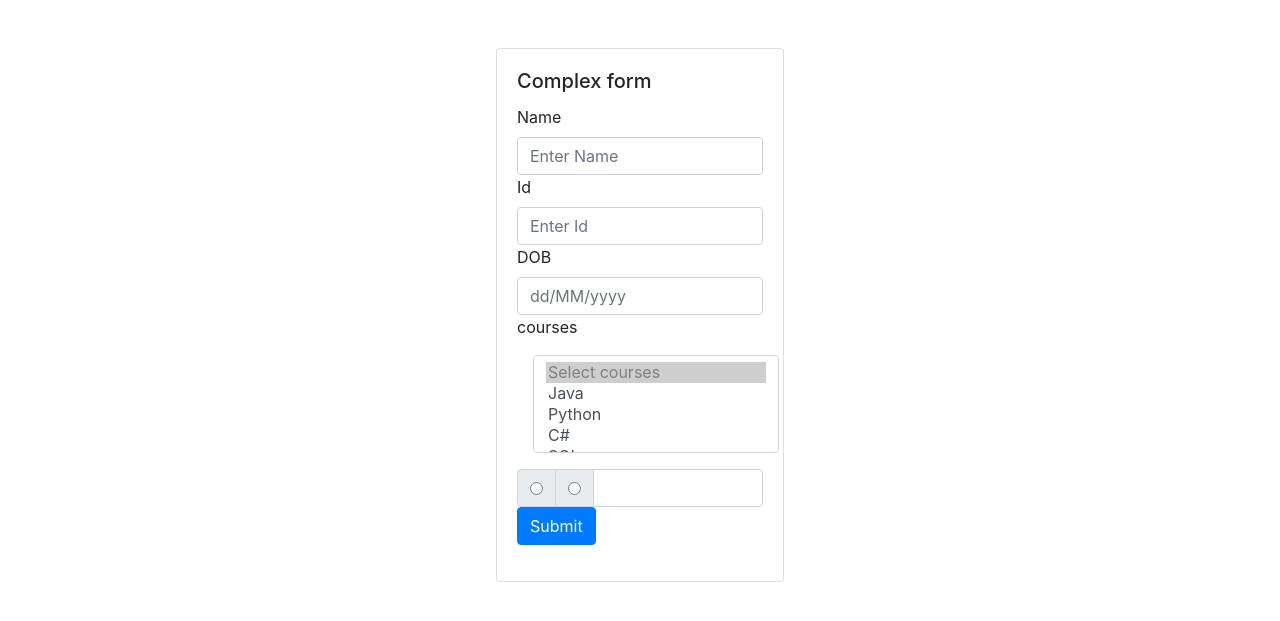
Repository: parvaizsajad/SpringFrameWork
Page: http://localhost/com.springMvc.search/complex
An editor plug-in stored every save of this project. The page is shown before and after the next save, followed by the edit.
The browser window is 1280 px wide. The pictures show the whole page.
Some web libraries are served in a nearby version. The page is served by Tomcat 9. Other server files are loaded and not shown.

Above is the page before, as saved 2021-09-10 11:09:05.

### com.springMvc.search/src/main/webapp/WEB-INF/spring-servlet.xml
<?xml version="1.0" encoding="UTF-8"?>


<!-- 2nd step step create the configuration file. -->

<beans xmlns="http://www.springframework.org/schema/beans"
	xmlns:xsi="http://www.w3.org/2001/XMLSchema-instance" xmlns:context="http://www.springframework.org/schema/context"
	xmlns:p="http://www.springframework.org/schema/p"
	xmlns:tx="http://www.springframework.org/schema/tx"
	xsi:schemaLocation="http://www.springframework.org/schema/beans
    http://www.springframework.org/schema/beans/spring-beans.xsd
    http://www.springframework.org/schema/context
    http://www.springframework.org/schema/context/spring-context.xsd
     http://www.springframework.org/schema/tx
    http://www.springframework.org/schema/tx/spring-tx.xsd
    ">
 <!--This is our bean or the metadata for our class  -->

 <context:component-scan base-package="com.springMvc.search"></context:component-scan>

<!--  view Resolver -->
   <bean class="org.springframework.web.servlet.view.InternalResourceViewResolver" name="viewResolver">
   <property name="prefix" value="/WEB-INF/views/"></property>
   <property name="suffix" value=".jsp"></property>
   </bean>




 </beans>

### com.springMvc.search/src/main/webapp/WEB-INF/views/complex.jsp
<%@ page language="java" contentType="text/html; charset=ISO-8859-1"
    pageEncoding="ISO-8859-1"%>
<!doctype html>
<html lang="en">
  <head>
    <!-- Required meta tags -->
    <meta charset="utf-8">
    <meta name="viewport" content="width=device-width, initial-scale=1, shrink-to-fit=no">

    <!-- Bootstrap CSS -->
    <link rel="stylesheet" href="https://maxcdn.bootstrapcdn.com/bootstrap/4.0.0/css/bootstrap.min.css" integrity="sha384-Gn5384xqQ1aoWXA+058RXPxPg6fy4IWvTNh0E263XmFcJlSAwiGgFAW/dAiS6JXm" crossorigin="anonymous">


   <div class="card mx-auto m-5" style="width: 18rem;">

  <div class="card-body">
    <h5 class="card-title">Complex form</h5>
     <form>
   <h3 class="text-center"></h3>

    <div class="form-group">
    <label for="name">Name</label>
    <input type="text" class="form-control" id="name" aria-describedby="emailHelp" name="name" placeholder="Enter Name">

     <label for="id">Id</label>
    <input type="number" class="form-control" id="id" aria-describedby="emailHelp" name="id"  placeholder="Enter Id">


      <label for="dob">DOB</label>
    <input type="text" class="form-control" id="dob" aria-describedby="emailHelp" name="dob"  placeholder="dd/MM/yyyy">

    <h7> courses</h1>
    <select class="custom-select m-3"  multiple="multiple">
  <option selected disabled="disabled">Select courses</option>
  <option value="1">Java</option>
  <option value="2">Python</option>
  <option value="3">C#</option>
  <option value="4">SQL</option>
</select>

    <div class="input-group">
  <div class="input-group-prepend">
    <div class="input-group-text">
    <input type="radio" aria-label="Radio button for following text input" name=" gender" value="Male" id="male1">
    </div>
    <div class="input-group-text">
    <input type="radio" aria-label="Radio button for following text input" name="gender" value="Female" id="male1">
    </div>
  </div>
  <input type="text" class="form-control" aria-label="Text input with radio button">
</div>

      <button type="submit" class="btn btn-primary">Submit</button>
</form>


  </div>
  </div>
</div>



    <!-- Optional JavaScript -->
    <!-- jQuery first, then Popper.js, then Bootstrap JS -->
    <script src="https://code.jquery.com/jquery-3.2.1.slim.min.js" integrity="sha384-KJ3o2DKtIkvYIK3UENzmM7KCkRr/rE9/Qpg6aAZGJwFDMVNA/GpGFF93hXpG5KkN" crossorigin="anonymous"></script>
    <script src="https://cdnjs.cloudflare.com/ajax/libs/popper.js/1.12.9/umd/popper.min.js" integrity="sha384-ApNbgh9B+Y1QKtv3Rn7W3mgPxhU9K/ScQsAP7hUibX39j7fakFPskvXusvfa0b4Q" crossorigin="anonymous"></script>
    <script src="https://maxcdn.bootstrapcdn.com/bootstrap/4.0.0/js/bootstrap.min.js" integrity="sha384-JZR6Spejh4U02d8jOt6vLEHfe/JQGiRRSQQxSfFWpi1MquVdAyjUar5+76PVCmYl" crossorigin="anonymous"></script>
  </body>
</html>

### com.springMvc.search/src/main/java/com/springMvc/search/Generilizedexceptionhandler.java
package com.springMvc.search;

import org.springframework.http.HttpStatus;
import org.springframework.stereotype.Controller;
import org.springframework.web.bind.annotation.ControllerAdvice;
import org.springframework.web.bind.annotation.ExceptionHandler;
import org.springframework.web.bind.annotation.ResponseStatus;

@ControllerAdvice
public class Generilizedexceptionhandler {
	@ResponseStatus(value = HttpStatus.INTERNAL_SERVER_ERROR)
	@ExceptionHandler({NullPointerException.class,NumberFormatException.class})
	public String errorHandler() {

		return "nullException";
	}
}

### com.springMvc.search/src/main/java/com/springMvc/search/SearchController.java
package com.springMvc.search;

import org.springframework.stereotype.Controller;
import org.springframework.web.bind.annotation.RequestMapping;
import org.springframework.web.bind.annotation.RequestParam;
import org.springframework.web.servlet.view.RedirectView;
@Controller
public class SearchController {
	@RequestMapping("/home")
	public String home() {

		System.out.println("going to home view");
		return("home");
	}
@RequestMapping("/search")
	public RedirectView search(@RequestParam("search") String sear) {
		String querry="https://www.google.com/search?q="+sear;
		RedirectView rd=new RedirectView();
		if(sear.isBlank()) {
		 rd.setUrl("home");
		 return rd;
		}


		rd.setUrl(querry);
		return rd;
	}
}

### com.springMvc.search/src/main/java/com/springMvc/search/complex.java
package com.springMvc.search;

import org.springframework.stereotype.Controller;
import org.springframework.web.bind.annotation.RequestMapping;

@Controller
public class complex {

	@RequestMapping("/complex")
	public String complexform() {

		return"/complex";
	}
}

After the next save:
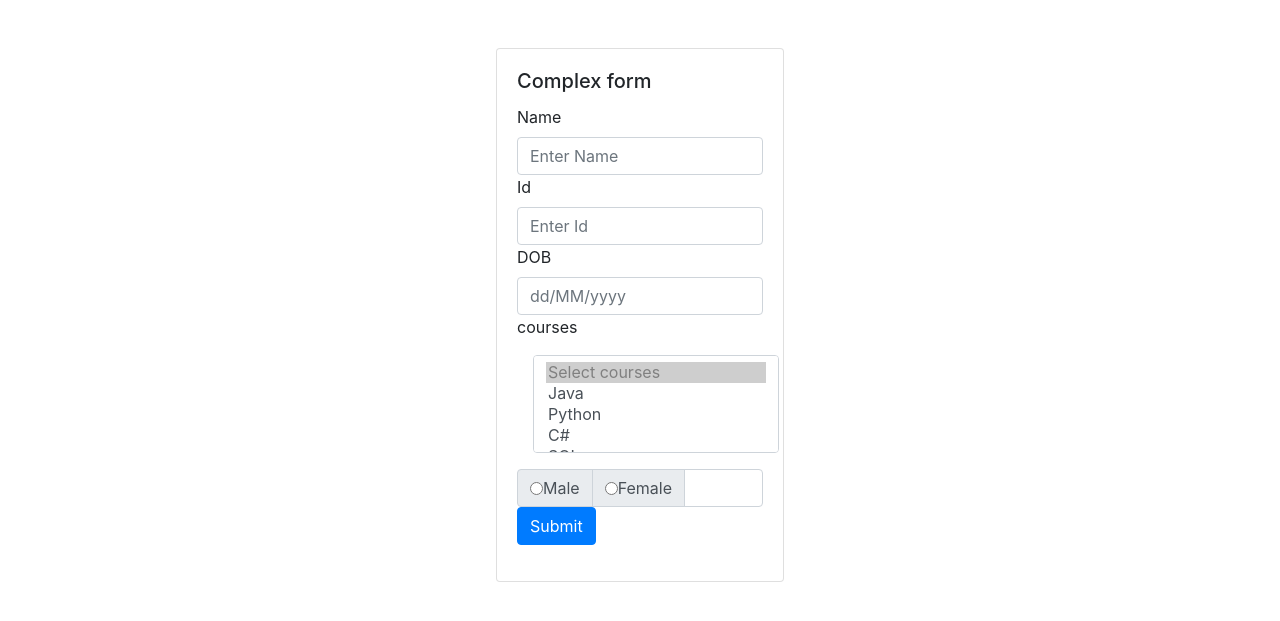
Saved 115 s later.
--- a/com.springMvc.search/src/main/webapp/WEB-INF/views/complex.jsp
+++ b/com.springMvc.search/src/main/webapp/WEB-INF/views/complex.jsp
@@ -41,10 +41,10 @@
     <div class="input-group">
   <div class="input-group-prepend">
     <div class="input-group-text">
-    <input type="radio" aria-label="Radio button for following text input" name=" gender" value="Male" id="male1">
+    <input class="gender" type="radio" aria-label="Radio button for following text input" name=" gender" value="Male" id="male1">Male
     </div>
     <div class="input-group-text">
-    <input type="radio" aria-label="Radio button for following text input" name="gender" value="Female" id="male1">
+    <input class="gender" type="radio" aria-label="Radio button for following text input" name="gender" value="Female" id="male1">Female
     </div>
   </div>
   <input type="text" class="form-control" aria-label="Text input with radio button">
